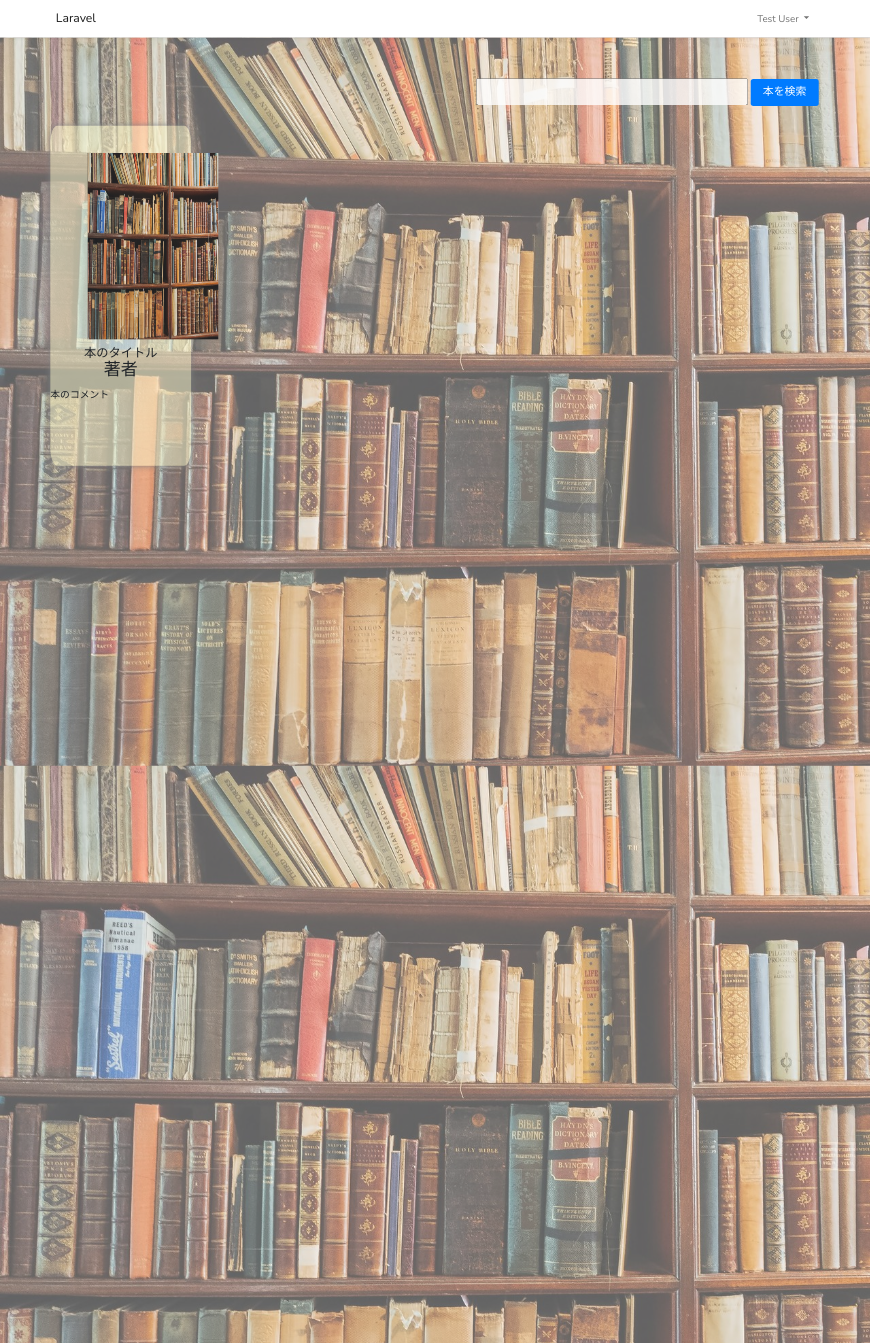
Repository: yamamotoryota1998/Bookreminder
Page: http://localhost/home
The author's editor kept a copy of each file at every save. The page is drawn from the files as they stood at one save, then again after the next save.
The browser window is 1280 px wide. The pictures show the whole page, at 68% of full size.
The page is served by the project's Laravel application, run on PHP 8.4 with Laravel 9. A made-up administrator, Test User (test@example.com), is signed in. Style sheets and scripts are compiled from the project's sources, by tool versions that may differ from the author's.

Above is the page before, as saved 2023-04-08 16:59:09.

After the next save:
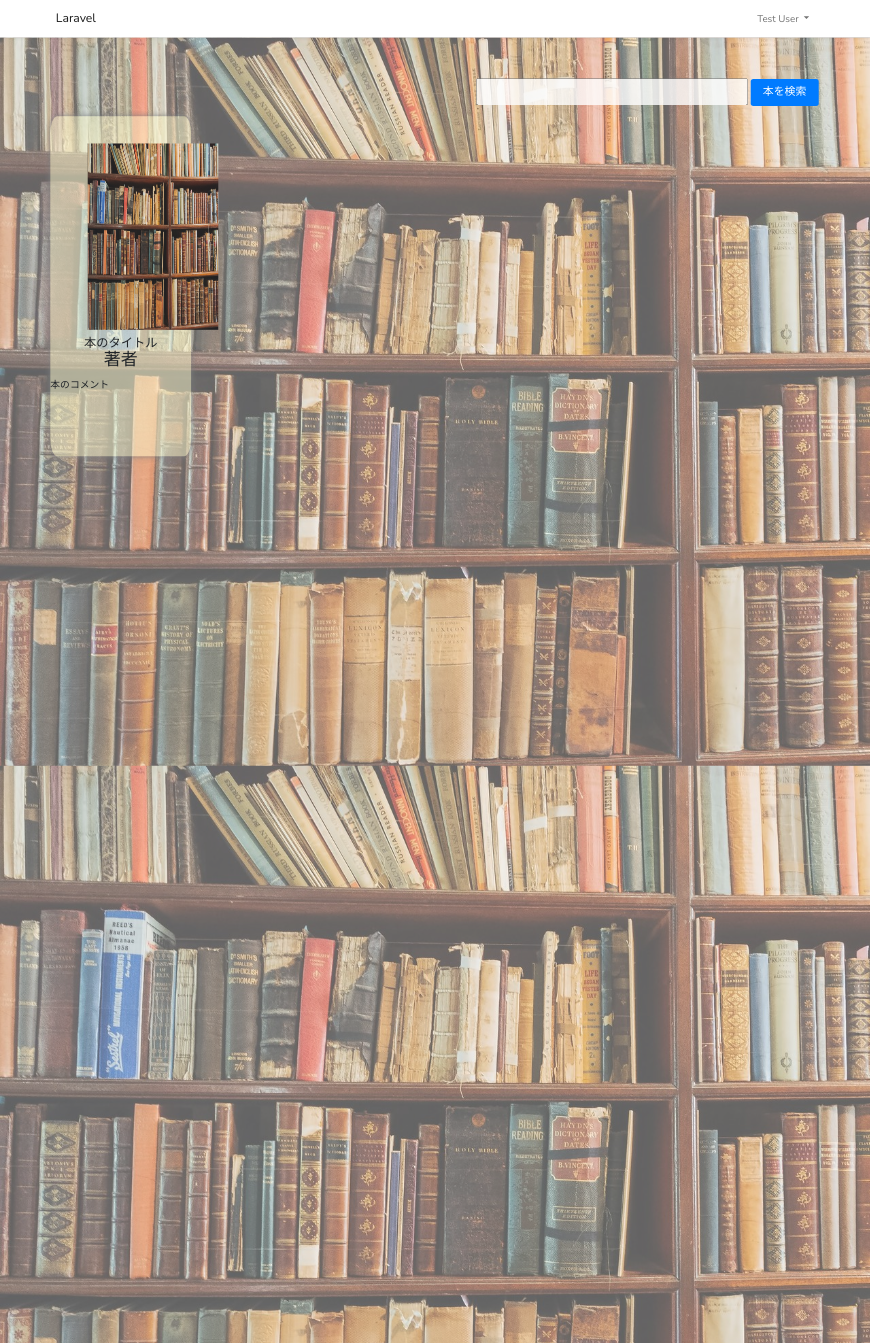
Saved 78 s later.
--- a/resources/views/home.blade.php
+++ b/resources/views/home.blade.php
@@ -2,13 +2,11 @@
 
 @section('content')
 <div class="wrapper-all" >
-    <div class="form-contents">
-        <form action="result" method="post">
-            @csrf
-            <input class="book-name" type="text" name="book" size="20" required>
-            <input  type="submit" value="本を検索" >
-        </form>
-    </div>
+<div class="form-contents">
+    <form action="{{ route('result') }}" method="get">
+    <input class="book-name" type="text" name="book" value="{{ app('request')->input('book') }}" size="20" required>
+    <input type="submit" value="本を検索">
+</form>
     <div class="wrapper-contents">
         <div class="contents">
             <img src="/public/img/本棚.jpg" class="book-img">

After the save that followed:
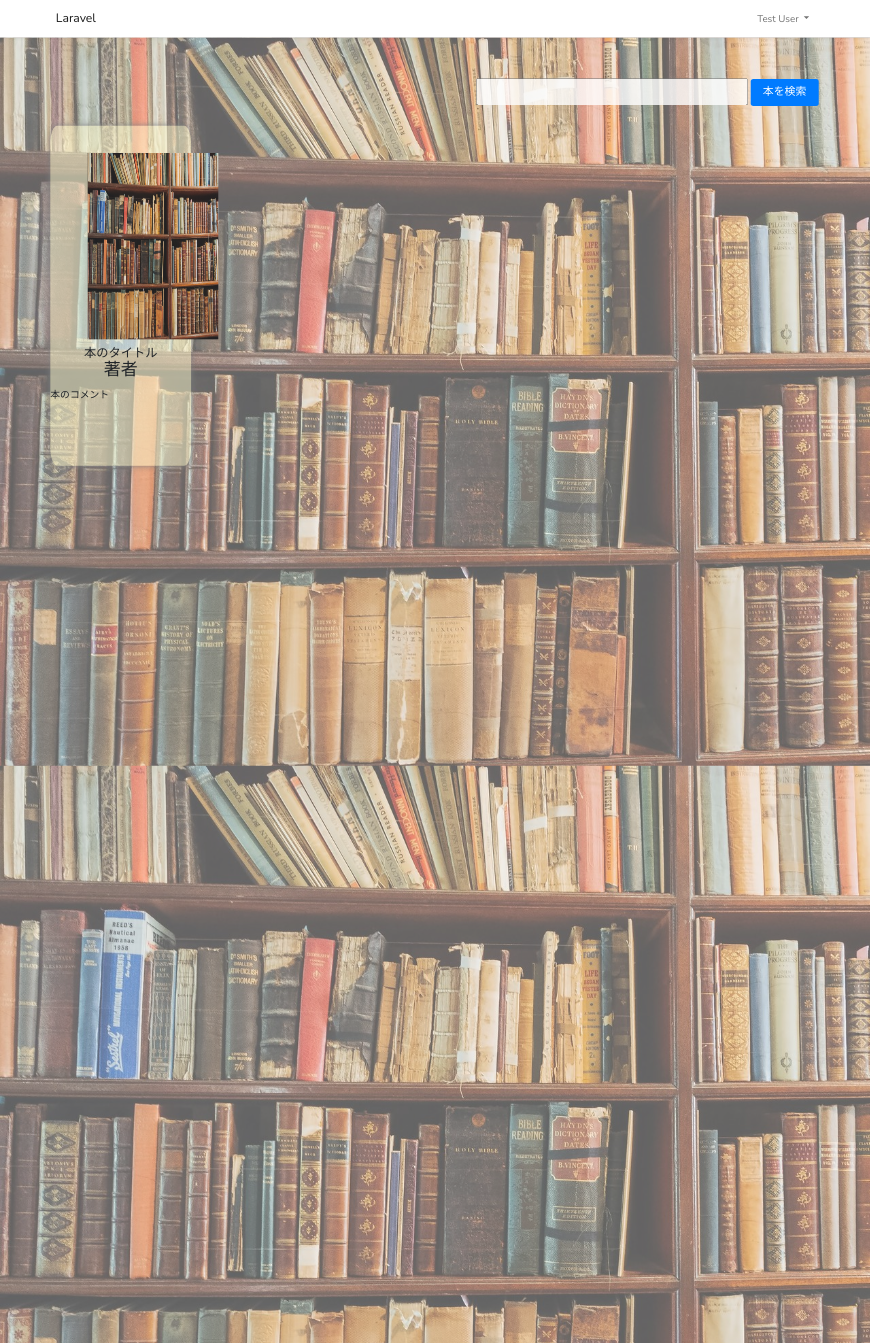
Saved 50 s later.
--- a/resources/views/home.blade.php
+++ b/resources/views/home.blade.php
@@ -2,11 +2,12 @@
 
 @section('content')
 <div class="wrapper-all" >
-<div class="form-contents">
-    <form action="{{ route('result') }}" method="get">
-    <input class="book-name" type="text" name="book" value="{{ app('request')->input('book') }}" size="20" required>
-    <input type="submit" value="本を検索">
-</form>
+    <div class="form-contents">
+        <form action="{{ route('result') }}" method="get">
+            <input class="book-name" type="text" name="book" value="{{ app('request')->input('book') }}" size="20" required>
+            <input type="submit" value="本を検索">
+        </form>
+    </div>
     <div class="wrapper-contents">
         <div class="contents">
             <img src="/public/img/本棚.jpg" class="book-img">
